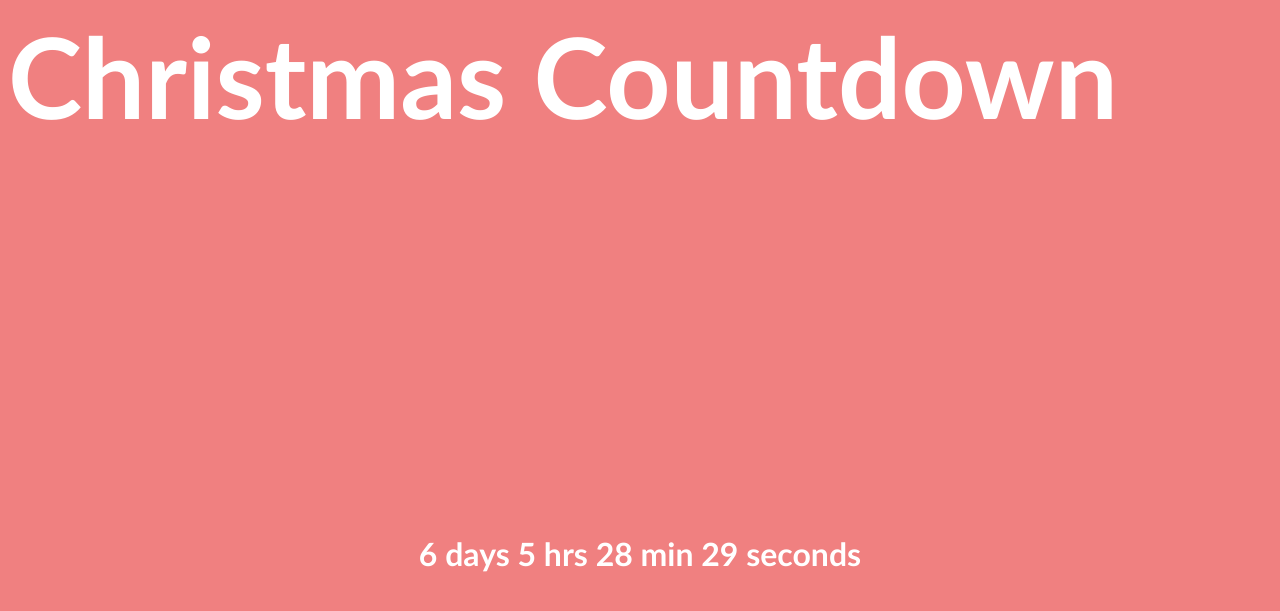
Repository: notMaximilian/countdown-timer
Page: index.html
The author's editor kept a copy of each file at every save. The page is drawn from the files as they stood at one save, then again after a run of saves.
The browser window is 1280 px wide. The pictures show the whole page.

Above is the page before, as saved 2021-12-18 18:55:48.

After the next 2 saves:
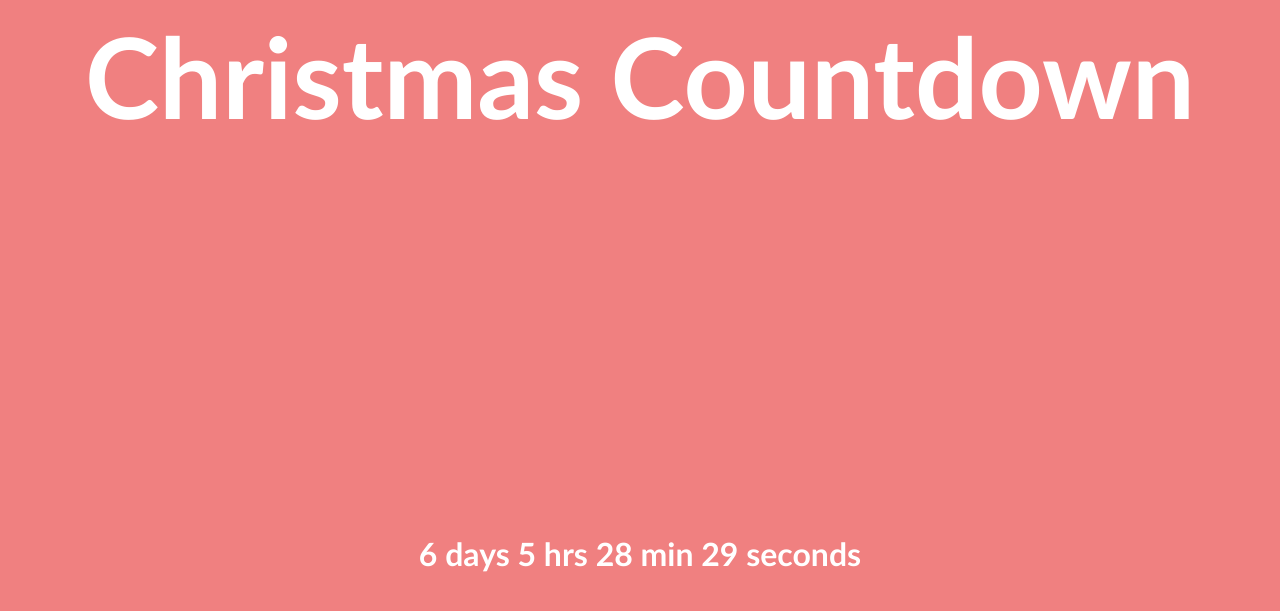
The 2 saves are shown as one change because they came seconds apart.
The last was saved 9 s later.
--- a/styles.css
+++ b/styles.css
@@ -1,11 +1,11 @@
 body{
     background-color: lightcoral;
+    text-align: center;
     color:white;
     font-family: 'Trebuchet MS', 'Lucida Sans Unicode', 'Lucida Grande', 'Lucida Sans', Arial, sans-serif;
 }
 
 #time-left{
-    text-align: center;
     padding-top: 25%;
 }
 
